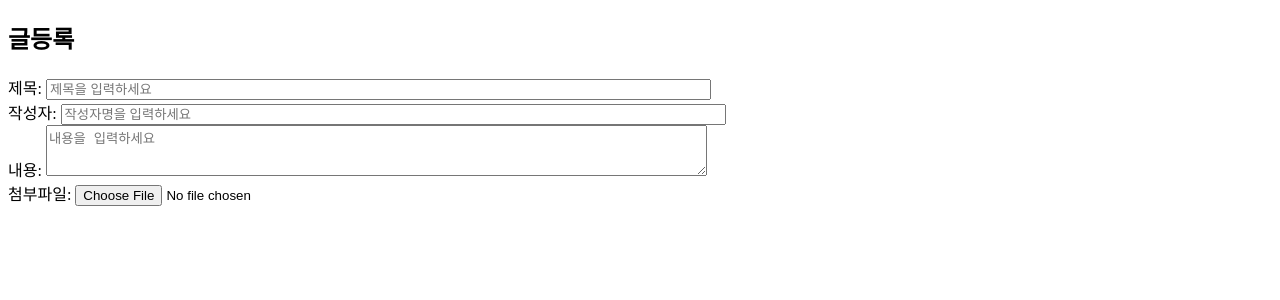
Repository: Park147/Django_class
Page: Djangohjm/Gasipan/pyboard/board/templates/board/register.html
An editor plug-in stored every save of this project. The page is shown before and after the next save, followed by the edit.
The browser window is 1280 px wide. The pictures show the whole page.

Above is the page before, as saved 2023-07-18 07:20:14.

After the next save:
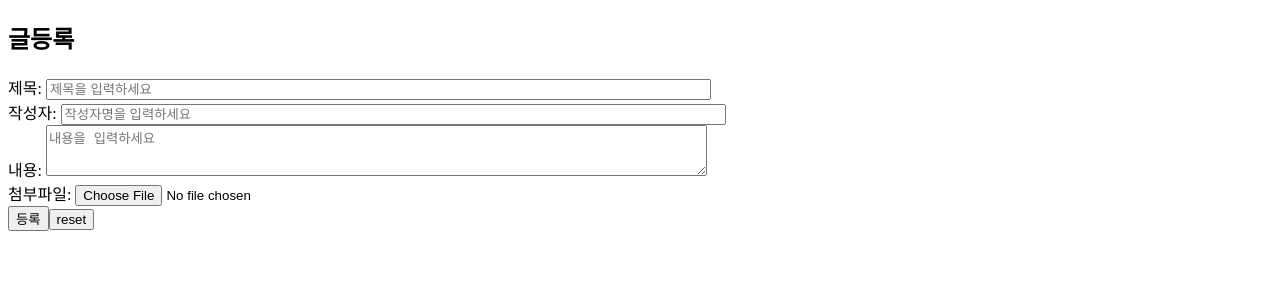
Saved 35 s later.
--- a/Djangohjm/Gasipan/pyboard/board/templates/board/register.html
+++ b/Djangohjm/Gasipan/pyboard/board/templates/board/register.html
@@ -11,6 +11,6 @@
 <div>작성자: <input type="text" name="writer" size="80" placeholder="작성자명을 입력하세요"></div>
 <div>내용: <textarea rows="3" cols="80" name="content" placeholder="내용을 입력하세요"></textarea></div>
 <div style="width:800px">첨부파일: <input type="file" name="file" size="80"></div>
-<div><button type="submit>등록</button></div>
+<div><button type="submit">등록</button><button type="reset">reset</button></div>
 </body>
 </html>
